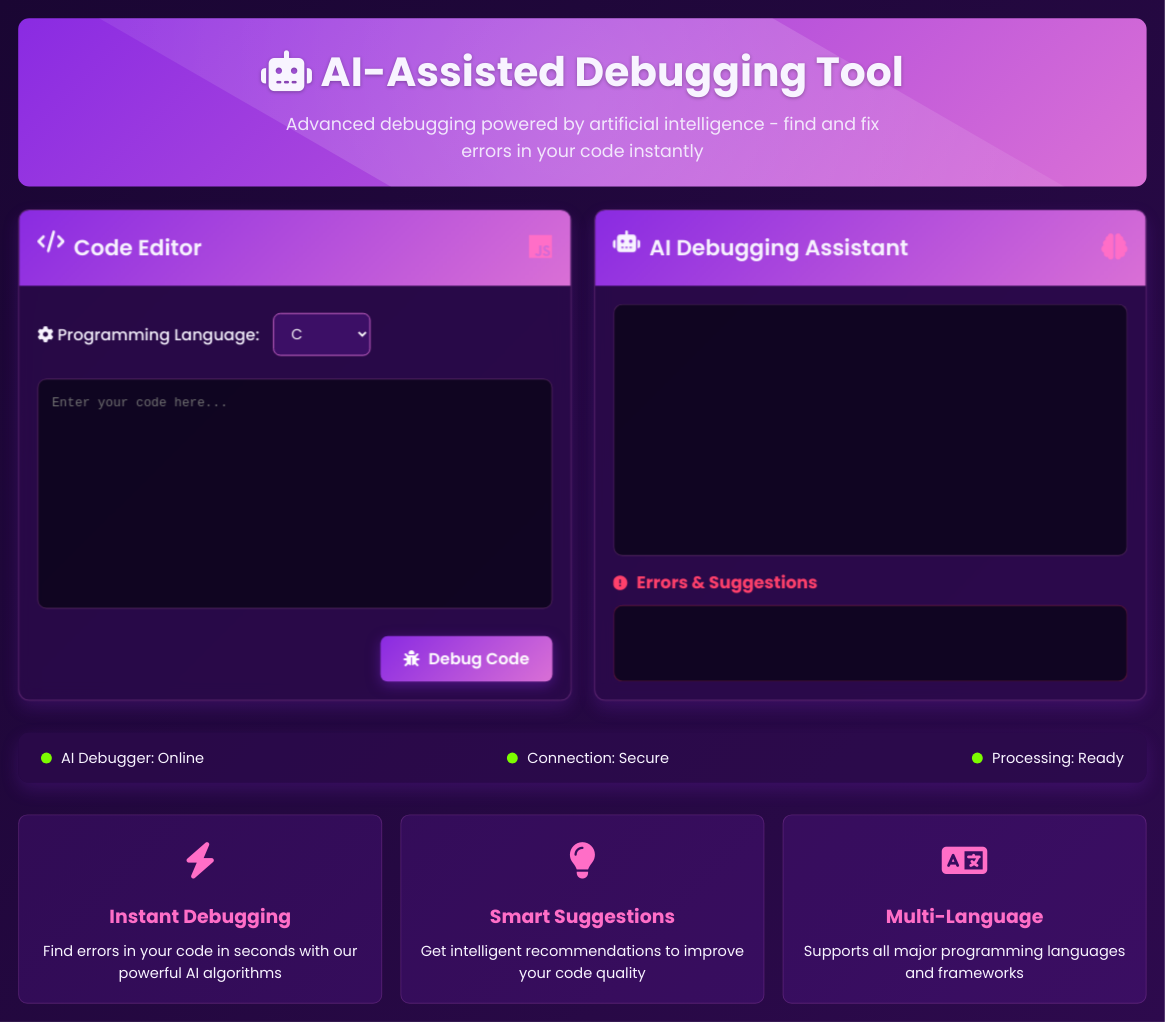
Repository: ujjwalkathait/AI-Asissted_Debugging_tool
Page: Frontend/public/index.html
These files come from the project's save history. The page is drawn as it stood at one moment and after a run of saves; the edit follows.
The browser window is 1280 px wide. The pictures show the whole page, at 91% of full size.

Above is the page before, as saved 2025-07-13 22:50:08.

After the next 2 saves:
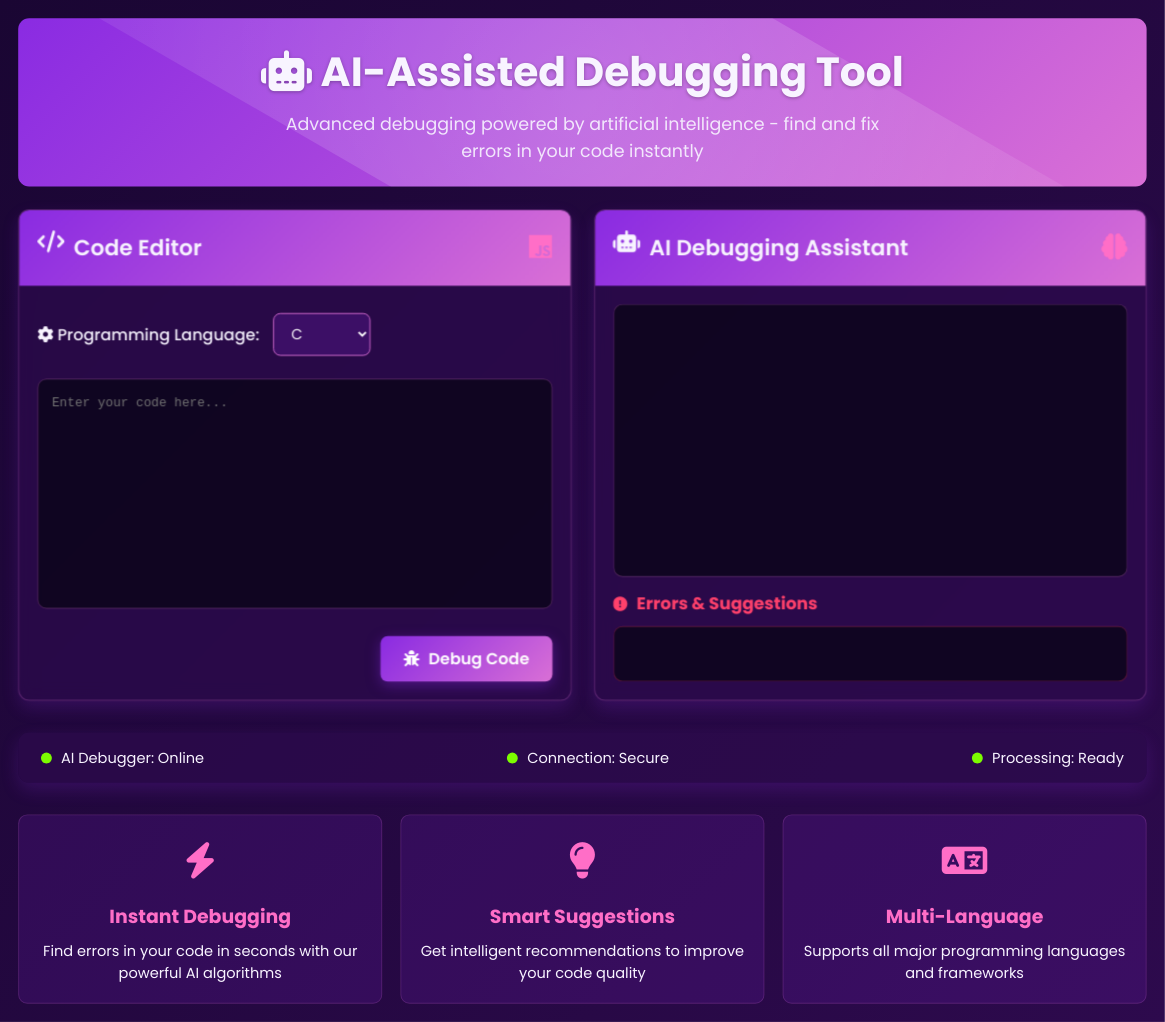
The 2 saves are shown as one change because they came seconds apart.
The last was saved 46 s later.
--- a/Frontend/public/style.css
+++ b/Frontend/public/style.css
@@ -222,7 +222,6 @@ select:focus {
 }
 
 .error-container {
-    flex: 0.5;
     display: flex;
     flex-direction: column;
     gap: 10px;
